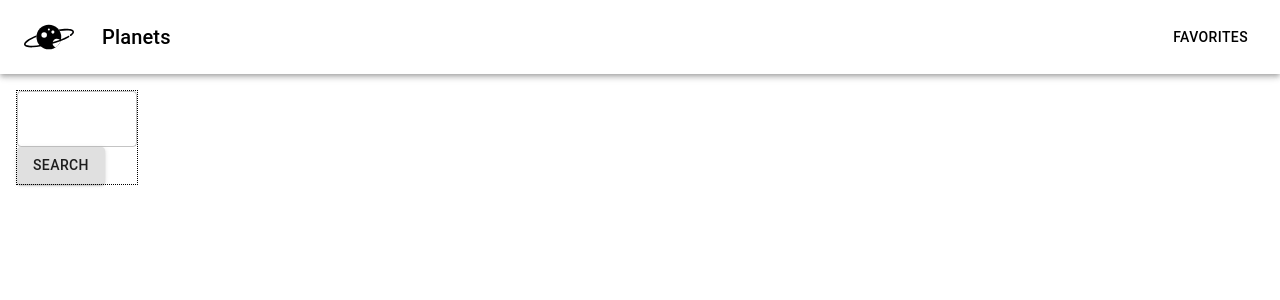
Repository: samridhie01/assignment
Page: /
These files come from the project's save history. The page is drawn as it stood at one moment and after the next save; the edit follows.
The browser window is 1280 px wide. The pictures show the whole page.
The page's requests for data from a server got no answer. The project was rebuilt for these pictures with package versions that can differ from the ones it lists, and the page was loaded fresh each time. No one was signed in, and anything a server would have sent is missing.

Above is the page before, as saved 2020-08-19 20:15:59.

### src/components/app/App.tsx
import React, { useEffect } from "react";
import axios, { AxiosResponse } from 'axios';
import { useStyles } from "./AppStyle";
import PropTypes from "prop-types";
import Header from "../header/Header";
import Planets from "../planets/Planets";



const App = () => {
  const classes = useStyles();

  useEffect( ()=>{
   const result = axios({
     method: 'GET',
     url: `https://swapi.dev/api/planets`
   }).then((response:AxiosResponse)=>{
    console.log( response.data.results);
   })



  })
  return (
    <>
    <Header />
    <Planets/>
    </>

  );
};
export default App;

### src/components/app/AppStyle.ts
import {makeStyles, createStyles, Theme} from '@material-ui/core/styles';



export const useStyles = makeStyles((theme: Theme) => createStyles({
  root: {
    flexGrow: 1,
  },
  menuButton: {
    marginRight: theme.spacing(2),
  },
  title: {
    flexGrow: 1,
  },

}));

### src/components/header/Header.tsx
import React from "react";
import AppBar from "@material-ui/core/AppBar";
import {Toolbar, makeStyles, createStyles, IconButton, Button,Theme} from "@material-ui/core";
import {ReactComponent as PlanetIcon} from "../../assets/planet.svg";
import Typography from "@material-ui/core/Typography";

const useStyles = makeStyles((theme: Theme) =>
  createStyles({
    root: {
      flexGrow: 1,
    },
    menuButton: {
      marginRight: theme.spacing(2),
    },
    title: {
      flexGrow: 1,
    },
    logo: {
       width: 50,
       height: 50
      },
  }),
);


const Header =  ()=>{
    const classes=useStyles();
return(
<AppBar color="inherit"  position="static">
    <Toolbar>
        <IconButton edge="start" className={classes.menuButton} color="inherit" aria-label="menu">
        <PlanetIcon className={classes.logo}/>
        </IconButton>
        <Typography variant="h6" className={classes.title}>
            Planets
        </Typography>
        <Button color="inherit">Favorites</Button>
    </Toolbar>
</AppBar>
)


}

export default Header;

### src/components/planets/Planets.tsx
import React from "react";
import { Button, Box, TextField, Theme, makeStyles, createStyles } from "@material-ui/core";

const useStyles = makeStyles((theme: Theme) =>
  createStyles({
    dotted: {
         borderStyle: 'dotted'
    }
  }),
);

const Planets = () => {
    const classes= useStyles();
  return (
    <>

    <Box height="250%" border={1} m={2} width={120} display="inline-block" className={classes.dotted}>
     <TextField variant="outlined"/>
     <Button variant="contained">Search</Button>
      </Box>
    </>
  );
};

export default Planets;

Loaded but not shown: public/index.html (common file); src/index.tsx (common file); src/index.css (common file); src/serviceWorker.ts (common file)

After the next save:
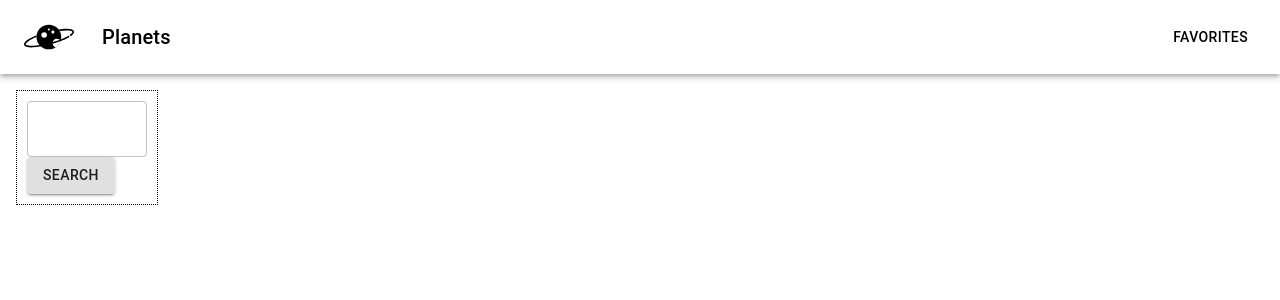
Saved 17 s later.
--- a/src/components/planets/Planets.tsx
+++ b/src/components/planets/Planets.tsx
@@ -4,7 +4,8 @@ import { Button, Box, TextField, Theme, makeStyles, createStyles } from "@materi
 const useStyles = makeStyles((theme: Theme) =>
   createStyles({
     dotted: {
-         borderStyle: 'dotted'
+         borderStyle: 'dotted',
+         padding: '10px'
     }
   }),
 );
